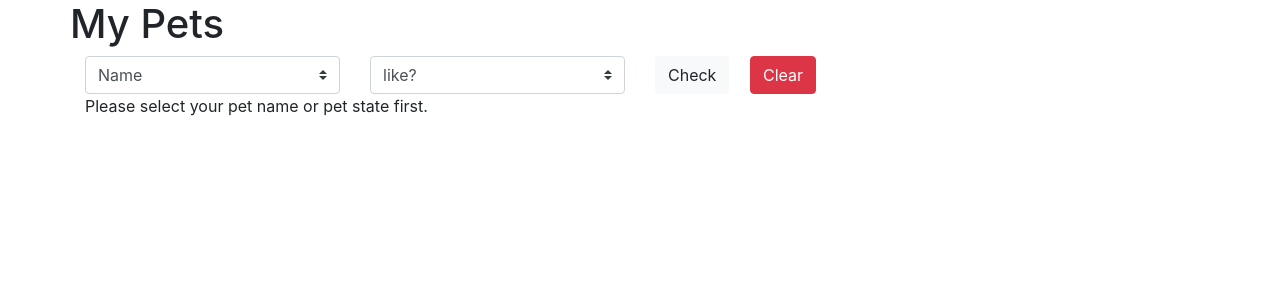
Repository: Mschikay/EBusiness
Page: http://localhost/Json/animal.jsp
These files come from the project's save history. The page is drawn as it stood at one moment and after the next save; the edit follows.
The browser window is 1280 px wide. The pictures show the whole page.
After loading, the first visible `#check` was clicked once.
Some web libraries are served in a nearby version. The page is served by Tomcat 9.

Above is the page before, as saved 2019-01-27 05:55:31.

After the next save:
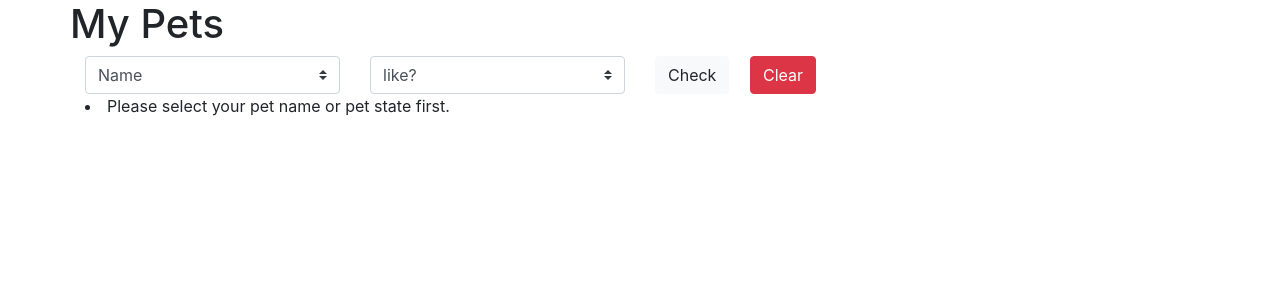
Saved 51 s later.
--- a/groupwork/Json/WebContent/js/main.js
+++ b/groupwork/Json/WebContent/js/main.js
@@ -1,5 +1,5 @@
 var info = document.getElementById("info");
-var para = document.createElement('p');
+var para = document.createElement('li');
 
 
 $("#check").click(function(){
@@ -27,7 +27,7 @@ $("#check").click(function(){
 
     				string = name + " is a " + result.species + " that " +
         			state + " " + result.food;
-        			infoItem = document.createElement('p');
+        			infoItem = document.createElement('li');
         			infoItem.innerHTML = string;
        				info.appendChild(infoItem);
     		}],
